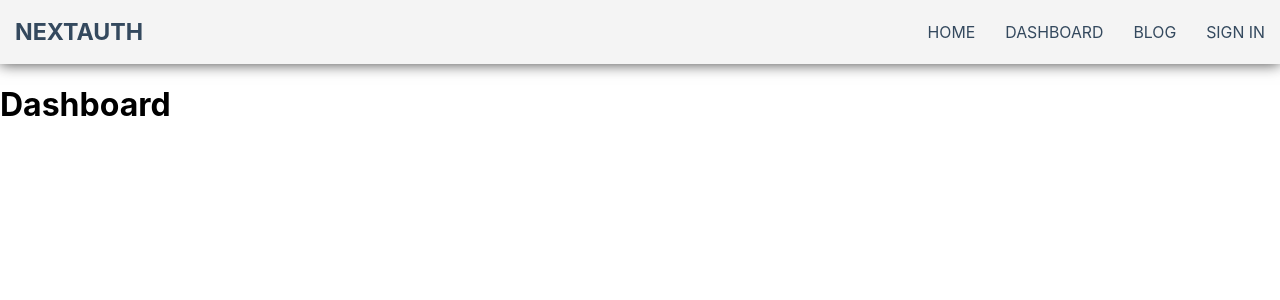
Repository: adeel146/nextjs
Page: /dashboard
These files come from the project's save history. The page is drawn as it stood at one moment and after a run of saves; the edit follows.
The browser window is 1280 px wide. The pictures show the whole page.
The page's requests for data from a server got no answer. The project was rebuilt for these pictures with package versions that can differ from the ones it lists, and the page was loaded fresh each time. The framework's server and built-in components were replaced by stand-ins that run in the browser. No one was signed in, and anything a server would have sent is missing. Also part of the build but not shown: next.config.js.

Above is the page before, as saved 2022-02-08 17:01:49.

After the next 2 saves:
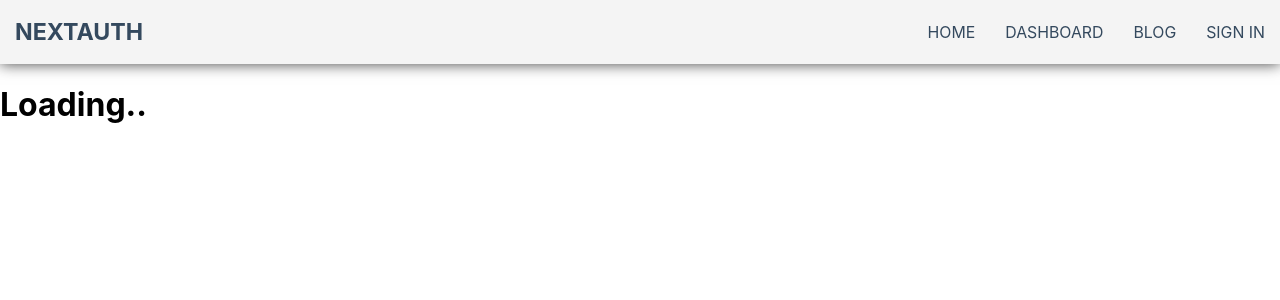
The 2 saves are shown as one change because they came seconds apart.
The last was saved 12 s later.
--- a/pages/dashboard.js
+++ b/pages/dashboard.js
@@ -19,7 +19,9 @@ function Dashboard() {
 
     }, []);
 
-    if(loading)
+    if(loading){
+        return<h1>Loading..</h1>
+    }
   return (
     <div>
       <h1>Dashboard</h1>
